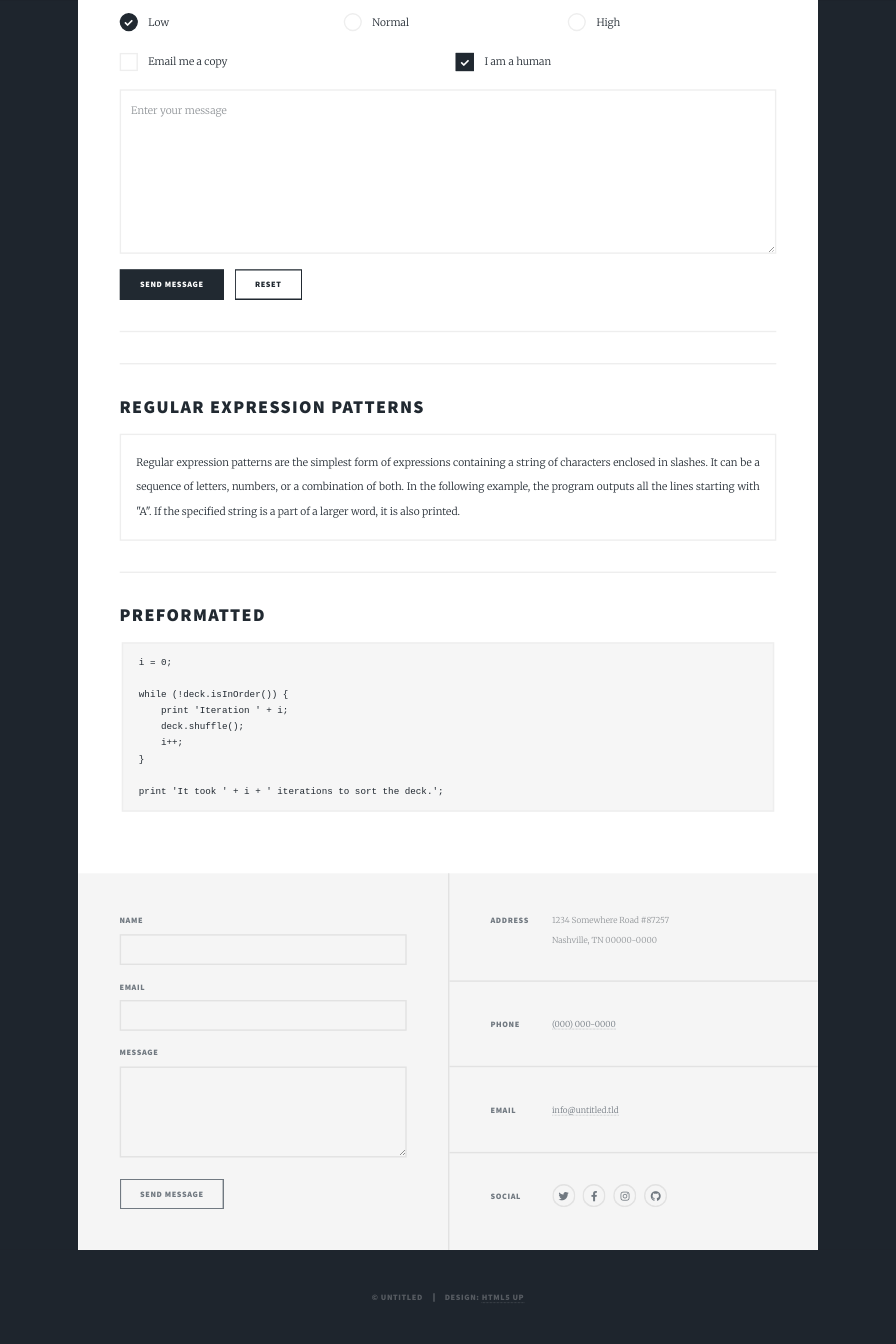
Repository: enlilsudo/Orlando-Portfolio
Page: elements.html
An editor plug-in stored every save of this project. The page is shown before and after the next save, followed by the edit.
The browser window is 1280 px wide. The pictures show the part of the page from y = 3532 to 5452 px (the page is 5452 px tall before and 5314 px after), at 70% of full size.

Above is the page before, as saved 2023-02-21 07:40:03.

After the next save:
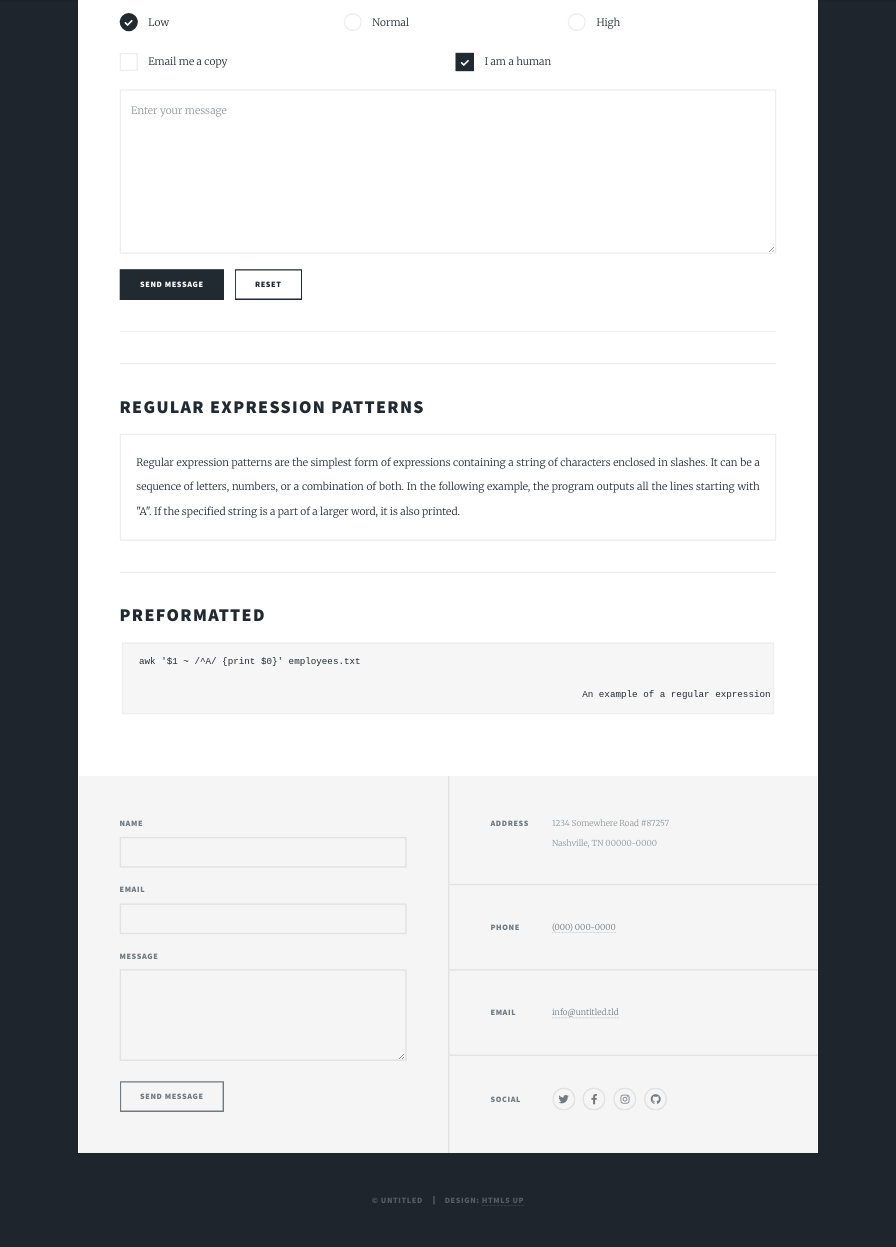
Saved 109 s later.
--- a/elements.html
+++ b/elements.html
@@ -226,15 +226,9 @@
 
 								<!-- Preformatted Code -->
 									<h2>Preformatted</h2>
-									<pre><code>i = 0;
-
-while (!deck.isInOrder()) {
-    print 'Iteration ' + i;
-    deck.shuffle();
-    i++;
-}
-
-print 'It took ' + i + ' iterations to sort the deck.';
+									<pre><code>awk '$1 ~ /^A/ {print $0}' employees.txt
+
+										An example of a regular expression pattern.
 </code></pre>
 
 							</section>
